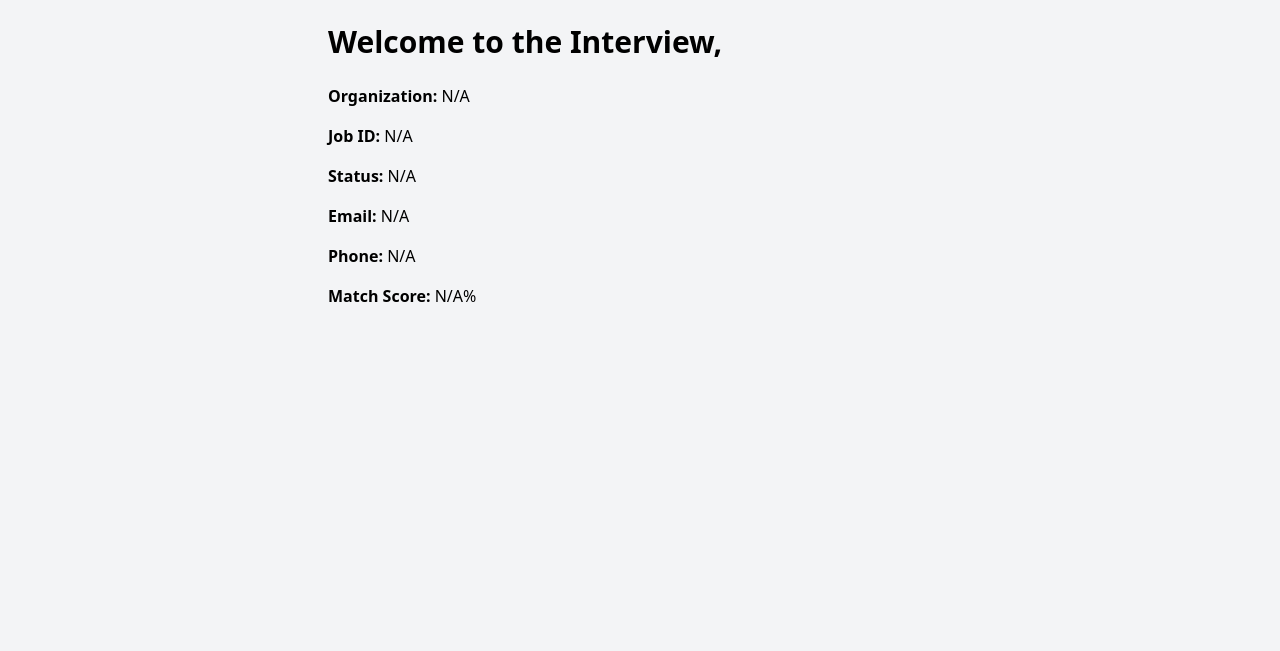
Repository: ddnyanu/AI-INTERVIEW-BOT
Page: /invitation (app in AI-Interview-bot/)
An editor plug-in stored every save of this project. The page is shown before and after the next save, followed by the edit.
The browser window is 1280 px wide. The pictures show the whole page.
The page's requests for data from a server got no answer. The project was rebuilt for these pictures with package versions that can differ from the ones it lists, and the page was loaded fresh each time. No one was signed in, and anything a server would have sent is missing. Also part of the build but not shown: AI-Interview-bot/vite.config.js, AI-Interview-bot/src/components/Header.jsx, AI-Interview-bot/src/components/CameraFeed.jsx, AI-Interview-bot/src/components/SetupSection.jsx, AI-Interview-bot/src/api/interviewService.js, AI-Interview-bot/src/components/MicButton.jsx, AI-Interview-bot/src/components/ProgressBar.jsx, AI-Interview-bot/src/components/Timer.jsx and 4 more.

Above is the page before, as saved 2025-06-16 10:58:25.

After the next save:
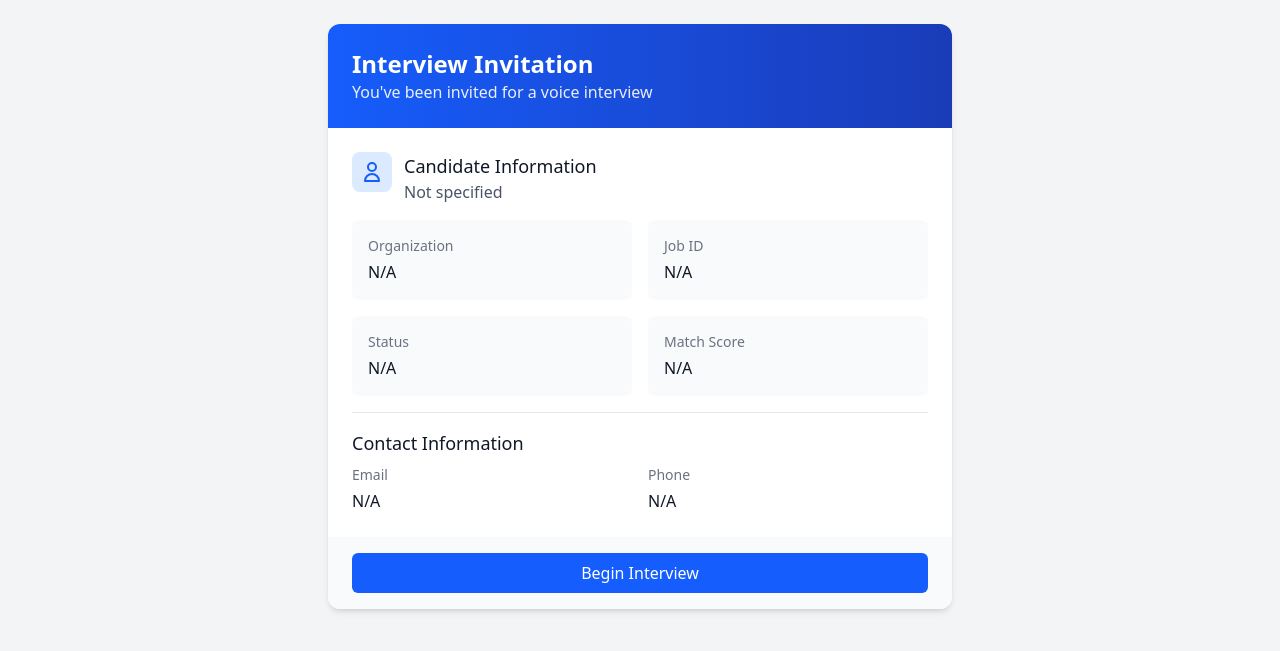
Saved 9 s later.
--- a/AI-Interview-bot/src/pages/InterviewInvitation.jsx
+++ b/AI-Interview-bot/src/pages/InterviewInvitation.jsx
@@ -1,34 +1,105 @@
 import React from "react";
 
-const InterviewInvitation = ({ data }) => {
+function InterviewInvitation({ data = {} }) {
   return (
-    <div className="p-6 max-w-2xl mx-auto">
-      <h1 className="text-3xl font-bold mb-6">
-        Welcome to the Interview, {data?.user_name}
-      </h1>
+    <div className="max-w-2xl mx-auto p-6">
+      <div className="bg-white rounded-xl shadow-md overflow-hidden">
+        {/* Header */}
+        <div className="bg-gradient-to-r from-blue-600 to-blue-800 p-6 text-white">
+          <h1 className="text-2xl font-bold">Interview Invitation</h1>
+          <p className="opacity-90">
+            You've been invited for a voice interview
+          </p>
+        </div>
 
-      <div className="space-y-4">
-        <p>
-          <strong>Organization:</strong> {data?.organization_name || "N/A"}
-        </p>
-        <p>
-          <strong>Job ID:</strong> {data?.job_id || "N/A"}
-        </p>
-        <p>
-          <strong>Status:</strong> {data?.status || "N/A"}
-        </p>
-        <p>
-          <strong>Email:</strong> {data?.email || "N/A"}
-        </p>
-        <p>
-          <strong>Phone:</strong> {data?.phone_number || "N/A"}
-        </p>
-        <p>
-          <strong>Match Score:</strong> {data?.match_score || "N/A"}%
-        </p>
+        {/* Content */}
+        <div className="p-6">
+          <div className="space-y-4">
+            <div className="flex items-start">
+              <div className="flex-shrink-0 bg-blue-100 p-2 rounded-lg">
+                <svg
+                  className="w-6 h-6 text-blue-600"
+                  fill="none"
+                  stroke="currentColor"
+                  viewBox="0 0 24 24"
+                >
+                  <path
+                    strokeLinecap="round"
+                    strokeLinejoin="round"
+                    strokeWidth={2}
+                    d="M16 7a4 4 0 11-8 0 4 4 0 018 0zM12 14a7 7 0 00-7 7h14a7 7 0 00-7-7z"
+                  />
+                </svg>
+              </div>
+              <div className="ml-3">
+                <h3 className="text-lg font-medium text-gray-900">
+                  Candidate Information
+                </h3>
+                <p className="text-gray-600">
+                  {data.user_name || "Not specified"}
+                </p>
+              </div>
+            </div>
+
+            <div className="grid grid-cols-1 md:grid-cols-2 gap-4">
+              <div className="bg-gray-50 p-4 rounded-lg">
+                <h4 className="text-sm font-medium text-gray-500">
+                  Organization
+                </h4>
+                <p className="mt-1 text-gray-900">
+                  {data.organization_name || "N/A"}
+                </p>
+              </div>
+
+              <div className="bg-gray-50 p-4 rounded-lg">
+                <h4 className="text-sm font-medium text-gray-500">Job ID</h4>
+                <p className="mt-1 text-gray-900">{data.job_id || "N/A"}</p>
+              </div>
+
+              <div className="bg-gray-50 p-4 rounded-lg">
+                <h4 className="text-sm font-medium text-gray-500">Status</h4>
+                <p className="mt-1 text-gray-900">{data.status || "N/A"}</p>
+              </div>
+
+              <div className="bg-gray-50 p-4 rounded-lg">
+                <h4 className="text-sm font-medium text-gray-500">
+                  Match Score
+                </h4>
+                <p className="mt-1 text-gray-900">
+                  {data.match_score ? `${data.match_score}%` : "N/A"}
+                </p>
+              </div>
+            </div>
+
+            <div className="pt-4 border-t border-gray-200">
+              <h3 className="text-lg font-medium text-gray-900">
+                Contact Information
+              </h3>
+              <div className="mt-2 grid grid-cols-1 md:grid-cols-2 gap-4">
+                <div>
+                  <h4 className="text-sm font-medium text-gray-500">Email</h4>
+                  <p className="mt-1 text-gray-900">{data.email || "N/A"}</p>
+                </div>
+                <div>
+                  <h4 className="text-sm font-medium text-gray-500">Phone</h4>
+                  <p className="mt-1 text-gray-900">
+                    {data.phone_number || "N/A"}
+                  </p>
+                </div>
+              </div>
+            </div>
+          </div>
+        </div>
+
+        {/* Footer */}
+        <div className="bg-gray-50 px-6 py-4">
+          <button className="w-full bg-blue-600 hover:bg-blue-700 text-white font-medium py-2 px-4 rounded-md transition duration-300">
+            Begin Interview
+          </button>
+        </div>
       </div>
     </div>
   );
-};
+}
 
 export default InterviewInvitation;
